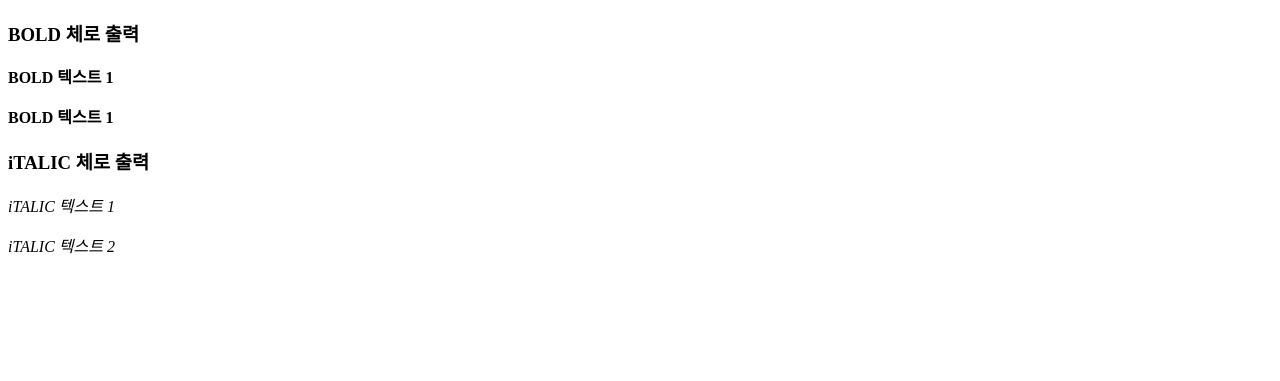
Repository: KimHeonSeung/TJE_HTML
Page: sources/day_01/WebContent/text-tag.html
These files come from the project's save history. The page is drawn as it stood at one moment and after the next save; the edit follows.
The browser window is 1280 px wide. The pictures show the whole page.

Above is the page before, as saved 2019-05-10 06:27:27.

### sources/day_01/WebContent/text-tag.html
<!DOCTYPE html>
<html>
<head>
<meta charset="UTF-8">
<title>텍스트 태그 사용</title>
</head>
<body>

<h3> BOLD 체로 출력 </h3>
<p> <b> BOLD 텍스트 1 </b> </p>
<p> <strong> BOLD 텍스트 1 </strong> </p>


<h3> iTALIC 체로 출력 </h3>
<p> <i> iTALIC 텍스트 1  </i> </p>
<p> <em> iTALIC 텍스트 2 </em> </p>

</body>
</html>

After the next save:
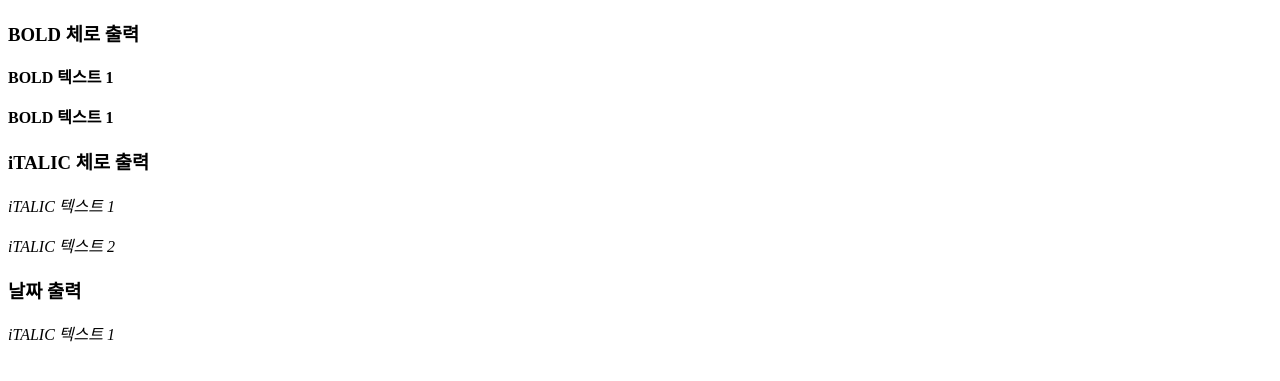
Saved 17 s later.
--- a/sources/day_01/WebContent/text-tag.html
+++ b/sources/day_01/WebContent/text-tag.html
@@ -15,5 +15,9 @@
 <p> <i> iTALIC 텍스트 1  </i> </p>
 <p> <em> iTALIC 텍스트 2 </em> </p>
 
+
+<h3> 날짜 출력 </h3>
+<p> <i> iTALIC 텍스트 1  </i> </p>
+
 </body>
 </html>
